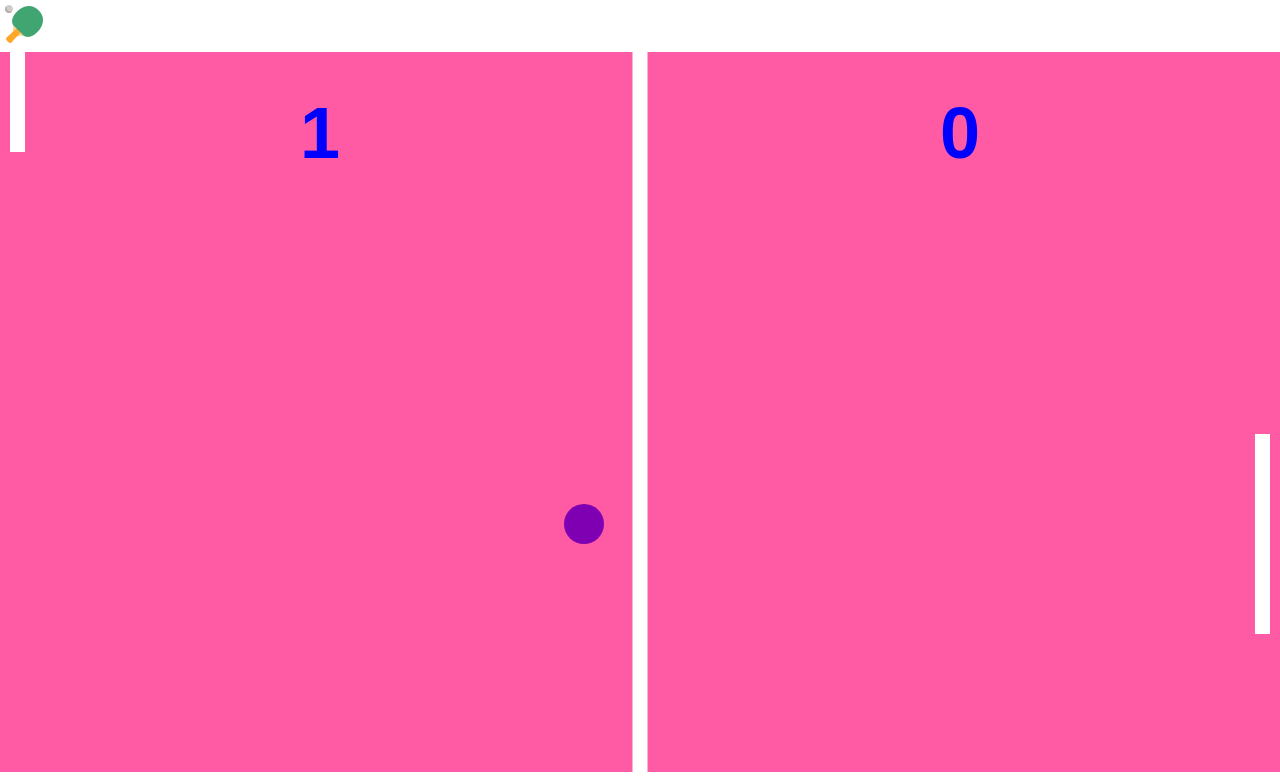
Repository: AkirahCarvalho/ping_pong
Page: index.html
The author's editor kept a copy of each file at every save. The page is drawn from the files as they stood at one save, then again after a run of saves.
The browser window is 1280 px wide. The pictures show the whole page.

Above is the page before, as saved 2024-04-02 16:11:59.

### index.html
<!DOCTYPE html>
<html lang="en">
  <head>

    <meta charset="UTF-8" />
    <meta http-equiv="X-UA-Compatible" content="IE=edge" />

    <meta name="viewport" content="width=device-width, initial-scale=1.0" />

    <title>Jogo Ping-Pong</title>
    <img src="imagem.png" alt="">
    <!-- <link img src="https://png.pngtree.com/png-vector/20220609/ourmid/pngtree-table-tennis-rackets-with-balls-isolated-on-white-background-png-image_4833647.png" alt="raquete"> -->
    <style>
      * {
        overflow: hidden;
        margin: 0;
        padding: 0;
      }
    </style>
  </head>
  <body>
    <canvas></canvas>
    <script>
      const canvasEl = document.querySelector("canvas"),
        canvasCtx = canvasEl.getContext("2d"),
        gapX = 10 //nao deixa a bolinha passar da margem

      const mouse = { x: 0, y: 0 }

      const field = {
        w: window.innerWidth,//campo tem aultura da janela
        h: window.innerHeight,//campo tem largura da janela
        draw: function () {
          canvasCtx.fillStyle = "#ff5aa4"//cor #286047
          canvasCtx.fillRect(0, 0, this.w, this.h)//retangulo
        },
      }

      const line = {//linha
        w: 15,
        h: field.h,//mesma altura do campo
        draw: function () {
          canvasCtx.fillStyle = "#ffffff"
          canvasCtx.fillRect(field.w / 2 - this.w / 2, 0, this.w, this.h)//desenhar com esses parametros
        },
      }

      const leftPaddle = {
        x: gapX, //afastada da margem
        y: 0,
        w: line.w, //largura igual a da linha
        h: 200,
        _move: function () {
          this.y = mouse.y - this.h / 2
        },
        draw: function () {
          canvasCtx.fillStyle = "#ffffff"
          canvasCtx.fillRect(this.x, this.y, this.w, this.h)//desenhando raquete

          this._move()
        },
      }

      const rightPaddle = {
        x: field.w - line.w - gapX,//largura da janela - menos a linha -o espaço
        y: 0,
        w: line.w,
        h: 200,
        speed: 1,
        _move: function () {
          if (this.y + this.h / 2 < ball.y + ball.r) {
            this.y += this.speed
          } else {
            this.y -= this.speed
          }
        },
        speedUp: function () {
          this.speed += 2
        },
        draw: function () {
          canvasCtx.fillStyle = "#ffffff"
          canvasCtx.fillRect(this.x, this.y, this.w, this.h)
          this._move()
        },
      }

      const score = {
        human: 0,
        computer: 0,
        increaseHuman: function () {
          this.human++
        },
        increaseComputer: function () {
          this.computer++
        },
        draw: function () {
          canvasCtx.font = "bold 72px Arial"
          canvasCtx.textAlign = "center"
          canvasCtx.textBaseline = "top"
          canvasCtx.fillStyle = "#0000ff"//#01341D
          canvasCtx.fillText(this.human, field.w / 4, 50)
          canvasCtx.fillText(this.computer, field.w / 4 + field.w / 2, 50)
        },
      }

      const ball = {
        x: field.w / 2,
        y: field.h / 2,
        r: 20,
        speed: 5,
        directionX: 1,
        directionY: 1,
        _calcPosition: function () {
          // verifica se o jogador 1 fez um ponto (x > largura do campo)
          if (this.x > field.w - this.r - rightPaddle.w - gapX) {
            // verifica se a raquete direita está na posição y da bola
            if (
              this.y + this.r > rightPaddle.y &&
              this.y - this.r < rightPaddle.y + rightPaddle.h
            ) {
              // rebate a bola intervertendo o sinal de X
              this._reverseX()
            } else {
              // pontuar o jogador 1
              score.increaseHuman()
              this._pointUp()
            }
          }

          // verifica se o jogador 2 fez um ponto (x < 0)
          if (this.x < this.r + leftPaddle.w + gapX) {
            // verifica se a raquete esquerda está na posição y da bola
            if (
              this.y + this.r > leftPaddle.y &&
              this.y - this.r < leftPaddle.y + leftPaddle.h
            ) {
              // rebate a bola intervertendo o sinal de X
              this._reverseX()
            } else {
              // pontuar o jogador 2
              score.increaseComputer()
              this._pointUp()
            }
          }

          // verifica as laterais superior e inferior do campo
          if (
            (this.y - this.r < 0 && this.directionY < 0) ||
            (this.y > field.h - this.r && this.directionY > 0)
          ) {
            // rebate a bola invertendo o sinal do eixo Y
            this._reverseY()
          }
        },
        _reverseX: function () {
          // 1 * -1 = -1
          // -1 * -1 = 1
          this.directionX *= -1
        },
        _reverseY: function () {
          // 1 * -1 = -1
          // -1 * -1 = 1
          this.directionY *= -1
        },
        _speedUp: function () {
          this.speed += 2
        },
        _pointUp: function () {
          this._speedUp()
          rightPaddle.speedUp()

          this.x = field.w / 2
          this.y = field.h / 2
        },
        _move: function () {
          this.x += this.directionX * this.speed
          this.y += this.directionY * this.speed
        },
        draw: function () {
          canvasCtx.fillStyle = "#7f00b2"//#ffffff
          canvasCtx.beginPath()
          canvasCtx.arc(this.x, this.y, this.r, 0, 2 * Math.PI, false)
          canvasCtx.fill()

          this._calcPosition()
          this._move()
        },
      }

      function setup() {
        canvasEl.width = canvasCtx.width = field.w
        canvasEl.height = canvasCtx.height = field.h
      }

      function draw() {
        field.draw()
        line.draw()

        leftPaddle.draw()
        rightPaddle.draw()

        score.draw()

        ball.draw()
      }

      window.animateFrame = (function () {
        return (
          window.requestAnimationFrame ||
          window.webkitRequestAnimationFrame ||
          window.mozRequestAnimationFrame ||
          window.oRequestAnimationFrame ||
          window.msRequestAnimationFrame ||
          function (callback) {
            return window.setTimeout(callback, 1000 / 60)
          }
        )
      })()

      function main() {
        animateFrame(main)
        draw()
      }

      setup()
      main()

      canvasEl.addEventListener("mousemove", function (e) {
        mouse.x = e.pageX
        mouse.y = e.pageY
      })
    </script>
  </body>
</html>

After the next 2 saves:
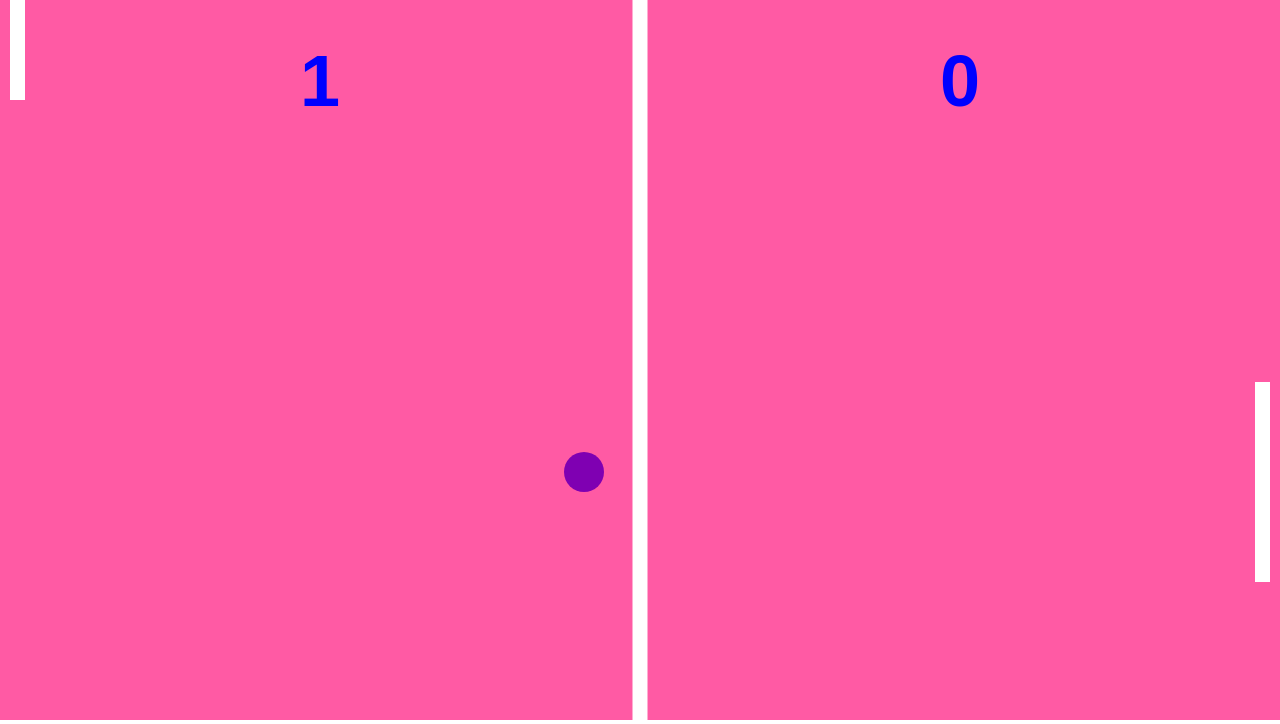
The 2 saves are shown as one change because they came seconds apart.
The last was saved 4 min 58 s later.
--- a/index.html
+++ b/index.html
@@ -8,7 +8,7 @@
     <meta name="viewport" content="width=device-width, initial-scale=1.0" />
 
     <title>Jogo Ping-Pong</title>
-    <img src="imagem.png" alt="">
+    <link src="imagem.png" alt="">
     <!-- <link img src="https://png.pngtree.com/png-vector/20220609/ourmid/pngtree-table-tennis-rackets-with-balls-isolated-on-white-background-png-image_4833647.png" alt="raquete"> -->
     <style>
       * {
